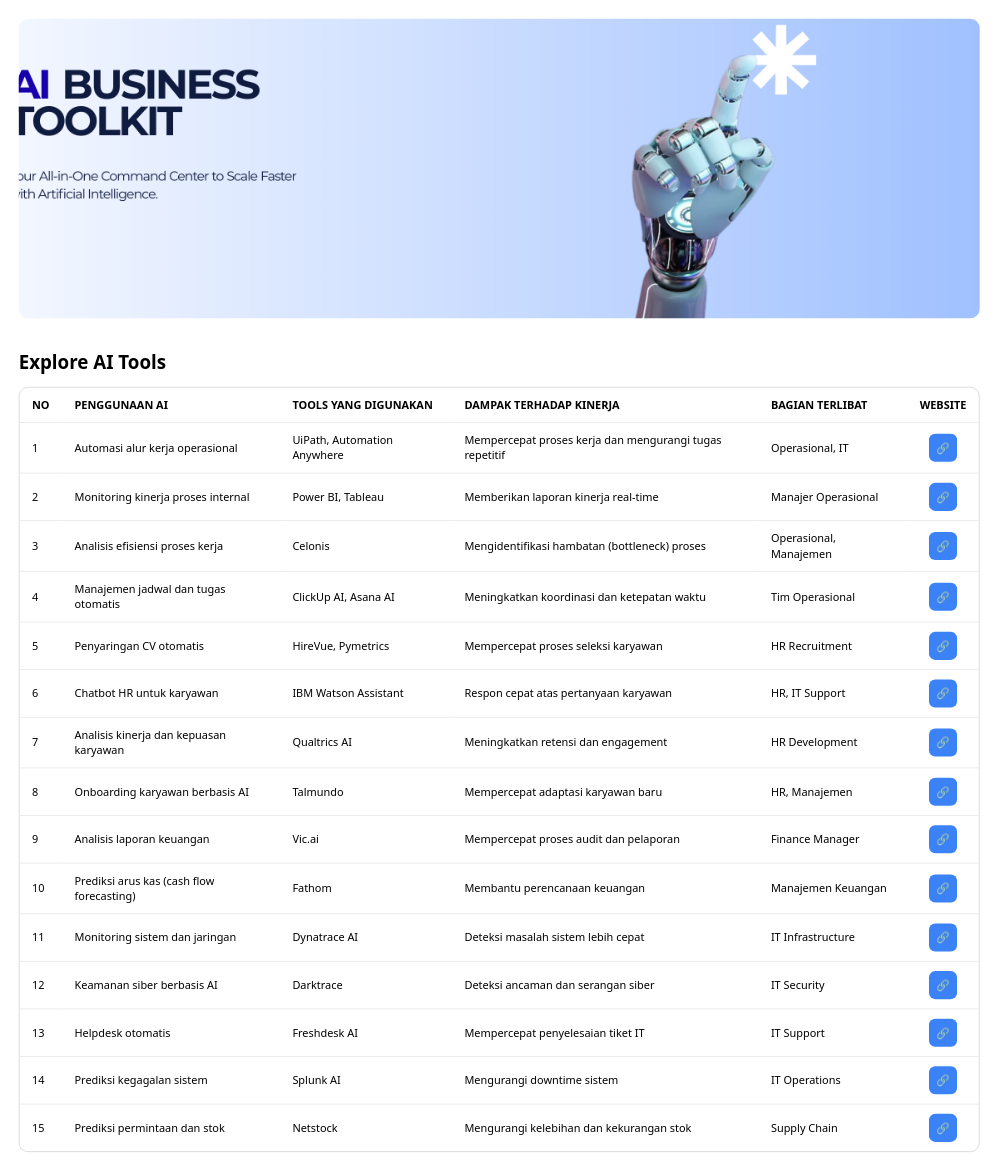
Repository: MUHAMADTEGARWIJAYA/AI-BUSINESS-TOOLKIT
Page: /ai/strategi
The author's editor kept a copy of each file at every save. The page is drawn from the files as they stood at one save, then again after the next save.
The browser window is 1280 px wide. The pictures show the whole page, at 78% of full size.
The project was rebuilt for these pictures with package versions that can differ from the ones it lists, and the page was loaded fresh each time. Also part of the build but not shown: vite.config.js, src/views/NamaFloating.vue, src/views/FooterView.vue, src/views/HomeView.vue, src/views/AiOperansional.vue, src/views/AiSdm.vue, src/views/AiPemasaran.vue, src/views/AiKeuanganAkuntansi.vue.

Above is the page before, as saved 2026-01-08 20:22:46.

### index.html
<!DOCTYPE html>
<html lang="">
  <head>
    <meta charset="UTF-8">
    <link rel="icon" href="/favicon.ico">
    <meta name="viewport" content="width=device-width, initial-scale=1.0">
    <title>AI Tools Kit</title>
  </head>
  <body>
    <div id="app"></div>
    <script type="module" src="/src/main.js"></script>
  </body>
</html>

### src/router/index.js
import { createRouter, createWebHistory } from 'vue-router'
import HomeView from '../views/HomeView.vue'
import AiOperansional from '../views/AiOperansional.vue'
import AiSdm from '../views/AiSdm.vue'
import AiStrategi from '../views/AiStrategi.vue'
import AiPemasaran from '@/views/AiPemasaran.vue'
import AiKeuanganAkuntansi from '@/views/AiKeuanganAkuntansi.vue'
const router = createRouter({
  history: createWebHistory(import.meta.env.BASE_URL),
  routes: [
    {
      path: '/',
      name: 'home',
      component: HomeView,
    },
    {
      path: '/ai/operasional',
      name: 'ai-operansional',
      component: AiOperansional,
    },
    {
      path: '/ai/sdm',
      name: 'ai-sdm',
      component: AiSdm,
    },
    {
      path: '/ai/strategi',
      name: 'ai-strategi',
      component: AiStrategi,
    },
    {
      path: '/ai/pemasaran',
      name: 'ai-pemasaran',
      component: AiPemasaran,
    },
    {
      path: '/ai/keuangan',
      name: 'ai-keuangan',
      component: AiKeuanganAkuntansi,
    },

  ],
})

export default router

### src/views/AiStrategi.vue
<script setup>
import { aiTableData } from '@/data/data.js'
</script>

<template>
  <div class="min-h-screen bg-white p-6">
    <div class="w-full max-w-full mb-10">
      <!-- Background Image -->
      <div
        class="w-full h-96 rounded-xl bg-cover bg-no-repeat bg-center"
        style="background-image: url('/cc.png')"
      ></div>
    </div>
    <h1 class="text-black text-2xl font-bold mb-4">Explore AI Tools</h1>

    <div class="overflow-x-auto border border-neutral-300 rounded-xl">
      <table class="min-w-full text-sm text-left">
        <!-- Header -->
        <thead class="text-black uppercase">
          <tr>
            <th class="px-4 py-3">No</th>
            <th class="px-4 py-3">Penggunaan AI</th>
            <th class="px-4 py-3">Tools yang Digunakan</th>
            <th class="px-4 py-3">Dampak terhadap Kinerja</th>
            <th class="px-4 py-3">Bagian Terlibat</th>
            <th class="px-4 py-3 text-center">Website</th>
          </tr>
        </thead>

        <!-- Body -->
        <tbody>
          <tr v-for="(item, index) in aiTableData" :key="item.id" class="border-t transition">
            <td class="px-4 py-3 text-black">
              {{ index + 1 }}
            </td>
            <td class="px-4 py-3 text-black font-medium">
              {{ item.usage }}
            </td>
            <td class="px-4 py-3 text-black">
              {{ item.tools }}
            </td>
            <td class="px-4 py-3 text-black">
              {{ item.impact }}
            </td>
            <td class="px-4 py-3 text-black">
              {{ item.department }}
            </td>
            <td class="px-4 py-3 text-center">
              <a
                :href="item.link"
                target="_blank"
                class="inline-flex items-center py-2 px-2 text-white justify-center w-9 h-9 rounded-lg bg-blue-500 hover:bg-blue-400 transition"
              >
                🔗
              </a>
            </td>
          </tr>
        </tbody>
      </table>
    </div>
  </div>
</template>

### src/data/data.js
export const lingkupAI = [
  {
    id: 1,
    title: "AI untuk Keuangan dan Akuntansi",
    image: "https://cdn-icons-png.flaticon.com/512/3135/3135706.png",
    route: "/ai/keuangan",
  },
  {
    id: 2,
    title: "AI untuk SDM dan Talent Management",
    image: "https://cdn-icons-png.flaticon.com/512/3135/3135715.png",
    route: "/ai/sdm",
  },
  {
    id: 3,
    title: "AI untuk Operasional dan Proses Internal",
    image: "https://cdn-icons-png.flaticon.com/512/3135/3135723.png",
    route: "/ai/operasional",
  },
  {
    id: 4,
    title: "AI untuk Pemasaran dan CRM",
    image: "https://cdn-icons-png.flaticon.com/512/3135/3135721.png",
    route: "/ai/pemasaran",
  },
  {
    id: 5,
    title: "AI untuk Strategi dan Pengambilan Keputusan",
    image: "https://cdn-icons-png.flaticon.com/512/3135/3135710.png",
    route: "/ai/strategi",
  },
];


// export const aiUsageData = [
//   {
//     id: 1,
//     usage: "Automasi alur kerja operasional",
//     tools: ["UiPath", "Automation Anywhere"],
//     impact: "Mempercepat proses kerja dan mengurangi tugas repetitif",
//     departments: ["Operasional", "IT"],
//     link: "https://www.uipath.com/",
//   },
//   {
//     id: 2,
//     usage: "Monitoring kinerja proses internal",
//     tools: ["Power BI", "Tableau"],
//     impact: "Memberikan laporan kinerja real-time",
//     departments: ["Manajer Operasional"],
//     link: "https://www.tableau.com/",
//   },
//   {
//     id: 3,
//     usage: "Analisis efisiensi proses kerja",
//     tools: ["Celonis"],
//     impact: "Mengidentifikasi hambatan (bottleneck) proses",
//     departments: ["Operasional", "Manajemen"],
//     link: "https://www.celonis.com/",
//   },
//   {
//     id: 4,
//     usage: "Manajemen jadwal dan tugas otomatis",
//     tools: ["ClickUp AI", "Asana AI"],
//     impact: "Meningkatkan koordinasi dan ketepatan waktu",
//     departments: ["Tim Operasional"],
//     link: "https://clickup.com/",
//   },
//   {
//     id: 5,
//     usage: "Penyaringan CV otomatis",
//     tools: ["HireVue", "Pymetrics"],
//     impact: "Mempercepat proses seleksi karyawan",
//     departments: ["HR Recruitment"],
//     link: "https://www.hirevue.com/",
//   },
//   {
//     id: 6,
//     usage: "Chatbot HR untuk karyawan",
//     tools: ["IBM Watson Assistant"],
//     impact: "Respon cepat atas pertanyaan karyawan",
//     departments: ["HR", "IT Support"],
//     link: "https://www.ibm.com/watson",
//   },
//   {
//     id: 7,
//     usage: "Analisis kinerja dan kepuasan karyawan",
//     tools: ["Qualtrics AI"],
//     impact: "Meningkatkan retensi dan engagement",
//     departments: ["HR Development"],
//     link: "https://www.qualtrics.com",
//   },
// ];


export const aiTableData = [
  {
    id: 1,
    usage: "Automasi alur kerja operasional",
    tools: "UiPath, Automation Anywhere",
    impact: "Mempercepat proses kerja dan mengurangi tugas repetitif",
    department: "Operasional, IT",
    link: "https://www.uipath.com/",
  },
  {
    id: 2,
    usage: "Monitoring kinerja proses internal",
    tools: "Power BI, Tableau",
    impact: "Memberikan laporan kinerja real-time",
    department: "Manajer Operasional",
    link: "https://www.tableau.com/",
  },
  {
    id: 3,
    usage: "Analisis efisiensi proses kerja",
    tools: "Celonis",
    impact: "Mengidentifikasi hambatan (bottleneck) proses",
    department: "Operasional, Manajemen",
    link: "https://www.celonis.com/",
  },
  {
    id: 4,
    usage: "Manajemen jadwal dan tugas otomatis",
    tools: "ClickUp AI, Asana AI",
    impact: "Meningkatkan koordinasi dan ketepatan waktu",
    department: "Tim Operasional",
    link: "https://clickup.com/",
  },
  {
    id: 5,
    usage: "Penyaringan CV otomatis",
    tools: "HireVue, Pymetrics",
    impact: "Mempercepat proses seleksi karyawan",
    department: "HR Recruitment",
    link: "https://www.hirevue.com/",
  },
  {
    id: 6,
    usage: "Chatbot HR untuk karyawan",
    tools: "IBM Watson Assistant",
    impact: "Respon cepat atas pertanyaan karyawan",
    department: "HR, IT Support",
    link: "https://www.ibm.com/watson",
  },
  {
    id: 7,
    usage: "Analisis kinerja dan kepuasan karyawan",
    tools: "Qualtrics AI",
    impact: "Meningkatkan retensi dan engagement",
    department: "HR Development",
    link: "https://www.qualtrics.com",
  },

  // ===== DATA BARU =====

  {
    id: 8,
    usage: "Onboarding karyawan berbasis AI",
    tools: "Talmundo",
    impact: "Mempercepat adaptasi karyawan baru",
    department: "HR, Manajemen",
    link: "https://talmundo.com/",
  },
  {
    id: 9,
    usage: "Analisis laporan keuangan",
    tools: "Vic.ai",
    impact: "Mempercepat proses audit dan pelaporan",
    department: "Finance Manager",
    link: "https://www.vic.ai",
  },
  {
    id: 10,
    usage: "Prediksi arus kas (cash flow forecasting)",
    tools: "Fathom",
    impact: "Membantu perencanaan keuangan",
    department: "Manajemen Keuangan",
    link: "https://www.fathomhq.com/",
  },
  {
    id: 11,
    usage: "Monitoring sistem dan jaringan",
    tools: "Dynatrace AI",
    impact: "Deteksi masalah sistem lebih cepat",
    department: "IT Infrastructure",
    link: "https://www.dynatrace.com",
  },
  {
    id: 12,
    usage: "Keamanan siber berbasis AI",
    tools: "Darktrace",
    impact: "Deteksi ancaman dan serangan siber",
    department: "IT Security",
    link: "https://www.darktrace.com",
  },
  {
    id: 13,
    usage: "Helpdesk otomatis",
    tools: "Freshdesk AI",
    impact: "Mempercepat penyelesaian tiket IT",
    department: "IT Support",
    link: "https://www.freshworks.com",
  },
    {
    id: 14,
    usage: "Prediksi kegagalan sistem",
    tools: "Splunk AI",
    impact: "Mengurangi downtime sistem",
    department: "IT Operations",
    link: "https://www.splunk.com",
  },
  {
    id: 15,
    usage: "Prediksi permintaan dan stok",
    tools: "Netstock",
    impact: "Mengurangi kelebihan dan kekurangan stok",
    department: "Supply Chain",
    link: "https://www.netstock.com",
  },

];

export const aiakutansi = [
  {
    id: 1,
    usage: "Otomatisasi pencatatan transaksi keuangan dari dokumen",
    tools: "Docparser",
    impact: "Mempercepat pencatatan dan mengurangi kesalahan input",
    department: "Staff Akuntansi",
    link: "https://docparser.com",
  },
  {
    id: 2,
    usage:
      "Ekstraksi otomatis data keuangan dari dokumen seperti invoice, faktur, dan bukti transaksi menggunakan AI OCR",
    tools: "Rossum",
    impact: "Menghemat waktu pemrosesan dokumen",
    department: "Finance",
    link: "https://rossum.ai/",
  },
  {
    id: 3,
    usage:
      "Analisis anomali dan deteksi kesalahan pada laporan keuangan secara otomatis",
    tools: "Vic.ai",
    impact: "Deteksi kesalahan laporan lebih cepat",
    department: "Akuntan, Auditor",
    link: "https://vic.ai/",
  },
  {
    id: 4,
    usage: "Manajemen dan otomatisasi pencatatan pengeluaran perusahaan",
    tools: "Expensify",
    impact: "Kontrol biaya lebih efisien",
    department: "Finance",
    link: "https://www.expensify.com/",
  },
  {
    id: 5,
    usage:
      "Prediksi kondisi keuangan dan arus kas untuk perencanaan keuangan strategis",
    tools: "Planful",
    impact: "Membantu perencanaan keuangan strategis",
    department: "Manajemen Keuangan",
    link: "https://planful.com/",
  },
  {
    id: 6,
    usage:
      "Klasifikasi dan integrasi transaksi keuangan secara otomatis dari berbagai sumber",
    tools: "TrueLayer",
    impact: "Laporan keuangan lebih rapi dan terstruktur",
    department: "Finance",
    link: "https://truelayer.com/",
  },
  {
    id: 7,
    usage: "Pembuatan dan analisis laporan keuangan secara otomatis",
    tools: "Fathom",
    impact: "Proses pelaporan lebih cepat dan akurat",
    department: "Akuntansi",
    link: "https://www.fathomhq.com/",
  },
  {
    id: 8,
    usage:
      "Audit dan pemeriksaan laporan keuangan berbasis analisis data dan AI",
    tools: "MindBridge",
    impact: "Mengurangi risiko kesalahan audit",
    department: "Auditor",
    link: "https://www.mindbridge.ai/",
  },
  {
    id: 9,
    usage:
      "Pengelolaan dan perhitungan pajak perusahaan secara otomatis",
    tools: "Taxfyle",
    impact: "Perhitungan pajak lebih akurat dan efisien",
    department: "Pajak & Finance",
    link: "https://www.taxfyle.com/",
  },
  {
    id: 10,
    usage: "Analisis dan integrasi data transaksi keuangan",
    tools: "Plaid",
    impact: "Akses data keuangan lebih cepat dan aman",
    department: "Departemen Keuangan, Teknologi Informasi",
    link: "https://plaid.com/",
  },
];


export const aipemasaran = [
  {
    id: 1,
    usage: "Personalisasi kampanye email marketing berbasis perilaku pelanggan",
    tools: "HubSpot AI",
    impact: "Meningkatkan efisiensi operasional",
    department: "Kelima Hub utama dan Smart CRM",
    link: "https://share.google/svb66iCHxYxeC3ejC",
  },
  {
    id: 2,
    usage: "Memprediksi prospek yang paling mungkin dikonversi untuk mempercepat penjualan",
    tools: "Salesforce Einstein AI",
    impact:
      "Meningkatkan pengalaman pelanggan melalui otomatisasi dan wawasan berbasis data",
    department: "Tim Engineering dan Pengembangan Internal Salesforce",
    link: "https://share.google/QDjC6NkpuCYJP28eD",
  },
  {
    id: 3,
    usage: "Otomatisasi setiap aspek manajemen media sosial",
    tools: "Hootsuite AI",
    impact:
      "Meningkatkan efisiensi operasional dan efektivitas strategi media sosial",
    department: "Engineering dan Produk Internal Hootsuite",
    link: "https://share.google/iHDpl7pSO8nWYQp84",
  },
  {
    id: 4,
    usage: "Analisis data penjualan",
    tools: "Pipedrive AI",
    impact: "Transformasi signifikan terhadap kinerja penjualan",
    department: "Manajemen dan Eksekutif",
    link: "https://www.pipedrive.com",
  },
  {
    id: 5,
    usage:
      "Membuat asisten virtual cerdas untuk layanan pelanggan dan otomatisasi tugas",
    tools: "watsonx.ai",
    impact: "Peningkatan efisiensi dan produktivitas",
    department: "Integrated AI Studio",
    link: "https://www.ibm.com/products/watsonx-ai",
  },
  {
    id: 6,
    usage: "Otomatisasi email marketing dan customer journey",
    tools: "ActiveCampaign AI",
    impact: "Engagement pelanggan meningkat",
    department: "Digital Marketing",
    link: "https://www.activecampaign.com",
  },
  {
    id: 7,
    usage: "Manajemen data dan interaksi pelanggan",
    tools: "Zoho CRM (Zia AI)",
    impact: "Data pelanggan lebih terstruktur",
    department: "CRM Officer, Sales",
    link: "https://www.zoho.com/crm",
  },
  {
    id: 8,
    usage: "Personalisasi komunikasi pelanggan",
    tools: "Intercom AI",
    impact: "Pengalaman pelanggan lebih personal",
    department: "Customer Success Team",
    link: "https://www.intercom.com",
  },
  {
    id: 9,
    usage: "Otomatisasi customer support",
    tools: "Zendesk AI",
    impact: "Penyelesaian tiket lebih cepat",
    department: "Customer Support",
    link: "https://www.zendesk.com/ai/",
  },
  {
    id: 10,
    usage: "Memantau kesehatan hubungan dengan pelanggan",
    tools: "C3 AI",
    impact: "Menjangkau dan meningkatkan keterlibatan pelanggan",
    department: "CRM Officer",
    link: "https://c3.ai",
  },
  {
    id: 11,
    usage: "Membuat jawaban template dan closing penjualan otomatis",
    tools: "Cekat.AI",
    impact:
      "Menjawab pertanyaan pelanggan dan melakukan closing penjualan otomatis 24/7",
    department: "Customer Support",
    link: "https://cekat.ai",
  },
  {
    id: 12,
    usage:
      "Membuat closing penjualan otomatis, penjadwalan janji, dan penanganan isu",
    tools: "Halo AI",
    impact:
      "Menutup penjualan, rekomendasi & upsell, proses pembayaran, dan follow up",
    department: "Customer Support",
    link: "https://haloai.id",
  },
  {
    id: 13,
    usage:
      "Manajemen order (OMS), integrasi omnichannel, dan chatbot AI",
    tools: "Arunika.ai",
    impact:
      "CRM terhubung dalam satu platform untuk layanan pelanggan lebih cepat dan transparan",
    department: "CRM Officer",
    link: "https://arunika.ai",
  },
  {
    id: 14,
    usage: "Pembuatan konten dan optimasi SEO",
    tools: "Copy.ai",
    impact: "Membuat konten berkualitas tinggi",
    department: "Content Creator, Copywriter",
    link: "https://www.copy.ai",
  },
   {
    id: 15,
    usage: "AI di CRM sales (prospecting + personalisasi email)",
    tools: "Freshworks Freddy AI",
    impact: "Prospecting lebih cepat, email lebih relevan",
    department: "Sales/SDR, RevOps",
    link: "https://www.freshworks.com/crm/freddy-ai",
  },
];


export const aistrategi = [
  {
    id: 1,
    usage: "Menganalisis data pasar dan merumuskan strategi kompetitif",
    tools: "ChatGPT, Claude",
    impact:
      "Mempercepat identifikasi peluang dan ancaman serta mendukung perumusan strategi berbasis insight",
    department: "Manajemen Pemasaran, Tim Strategi Bisnis",
    link: "https://chat.openai.com, https://claude.ai",
  },
  {
    id: 2,
    usage:
      "Melakukan riset tren regulasi dan praktik berkelanjutan secara akurat",
    tools: "Perplexity AI",
    impact:
      "Mengurangi waktu riset dan meningkatkan akurasi informasi untuk pengambilan keputusan eksekutif",
    department: "Manajer R&D, Staff, Manajer Keberlanjutan",
    link: "https://www.perplexity.ai",
  },
  {
    id: 3,
    usage:
      "Merancang peta jalan strategis, roadmap, atau pohon keputusan kolaboratif",
    tools: "Miro",
    impact:
      "Memfasilitasi alignment tim lintas fungsi dan memperjelas alur keputusan",
    department: "Manajer Proyek, Kepala Divisi, Tim Inovasi",
    link: "https://miro.com",
  },
  {
    id: 4,
    usage:
      "Memvisualisasikan alur proses bisnis atau model keputusan operasional",
    tools: "Lucidchart",
    impact:
      "Meningkatkan efisiensi komunikasi internal dan pengambilan keputusan operasional",
    department: "Manajer Operasional, Analis Bisnis, Staff IT",
    link: "https://www.lucidchart.com",
  },
  {
    id: 5,
    usage:
      "Menganalisis kebutuhan SDM dan skenario pengambilan keputusan SDM",
    tools: "ChatGPT, Claude",
    impact:
      "Membantu perancangan kebijakan SDM yang responsif dan berbasis data",
    department: "Staf HR, Manajer HR, HR Business Partner",
    link: "https://chat.openai.com, https://claude.ai",
  },
  {
    id: 6,
    usage:
      "Mengembangkan strategi pemasaran berbasis data pelanggan dan tren digital",
    tools: "Microsoft Copilot",
    impact:
      "Memperkaya insight pemasaran dengan data real-time dan mendukung personalisasi strategi",
    department: "Manajer Pemasaran Digital, Tim CRM",
    link: "https://copilot.microsoft.com",
  },
  {
    id: 7,
    usage:
      "Mendukung keputusan strategis berbasis prediksi pasar dan analisis kompetitor",
    tools: "SAS Advanced Analytics",
    impact:
      "Meningkatkan akurasi keputusan strategis melalui analisis prediktif dan pemodelan data skala besar",
    department: "Manajer Strategi, Tim Riset Pasar, Analis Data",
    link: "https://www.sas.com",
  },
  {
    id: 8,
    usage:
      "Mendukung pengambilan keputusan berbasis data operasional dan prediksi kinerja",
    tools: "Tableau AI",
    impact:
      "Mempercepat pengambilan keputusan strategis melalui visualisasi prediktif dan analisis tren kinerja secara real-time",
    department: "Manajer Operasional, Analis Bisnis, Top Management",
    link: "https://www.tableau.com",
  },
  {
    id: 9,
    usage:
      "Menganalisis skenario strategi bisnis dan simulasi keputusan jangka panjang",
    tools: "IBM Watson Decision Platform",
    impact:
      "Membantu manajemen mensimulasikan berbagai skenario keputusan strategis dan memprediksi dampaknya terhadap kinerja jangka panjang",
    department: "Direksi, Manajer Strategi, Tim Perencanaan Korporat",
    link: "https://www.ibm.com/watson",
  },
  {
    id: 10,
    usage:
      "Mengoptimalkan keputusan penjadwalan, alokasi sumber daya, dan kapasitas",
    tools: "Google Vertex AI",
    impact:
      "Meningkatkan efisiensi penggunaan sumber daya dan menekan biaya operasional",
    department: "Manajer Operasional, Tim Data, Manajer Supply Chain",
    link: "https://cloud.google.com/vertex-ai",
  },
];

Loaded but not shown: src/main.js (common file); src/assets/main.css (common file); src/App.vue (common file); tailwind.config.js (common file)

After the next save:
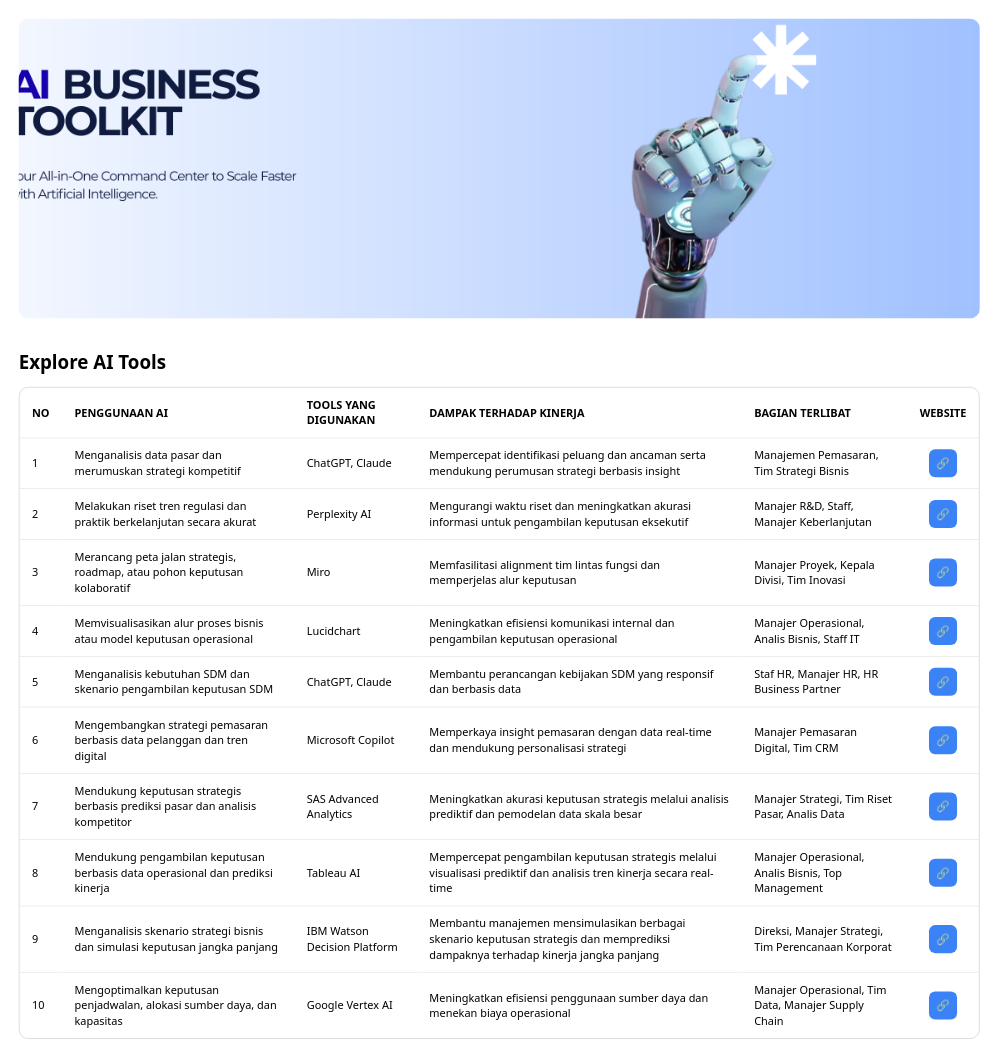
Saved 25 s later.
--- a/src/views/AiStrategi.vue
+++ b/src/views/AiStrategi.vue
@@ -1,5 +1,5 @@
 <script setup>
-import { aiTableData } from '@/data/data.js'
+import { aistrategi } from '@/data/data.js'
 </script>
 
 <template>
@@ -29,7 +29,7 @@
 
         <!-- Body -->
         <tbody>
-          <tr v-for="(item, index) in aiTableData" :key="item.id" class="border-t transition">
+          <tr v-for="(item, index) in aistrategi" :key="item.id" class="border-t transition">
             <td class="px-4 py-3 text-black">
               {{ index + 1 }}
             </td>
